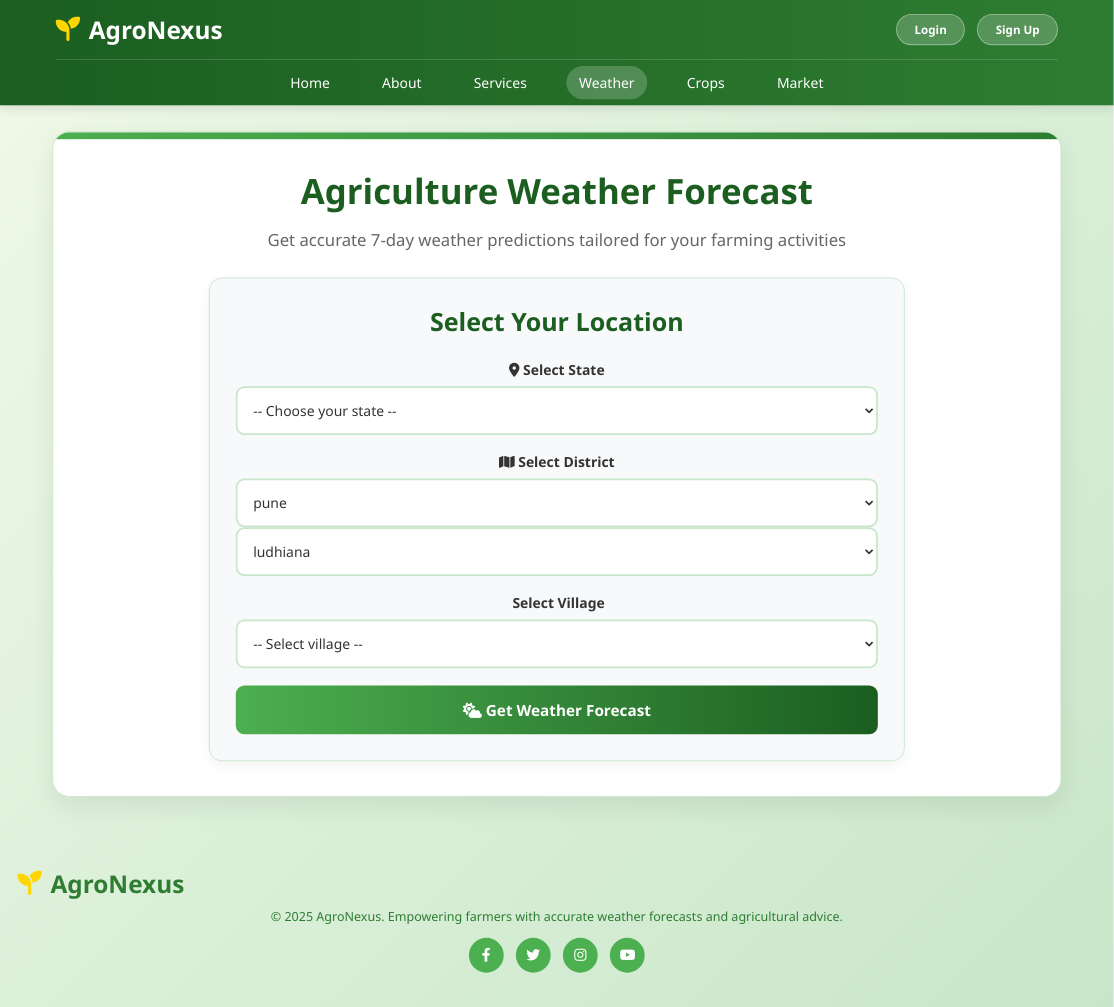
Repository: Sanika-ce/AgroNexus
Page: wheather.html
The author's editor kept a copy of each file at every save. The page is drawn from the files as they stood at one save, then again after the next save.
The browser window is 1280 px wide. The pictures show the whole page, at 87% of full size.

Above is the page before, as saved 2025-08-02 17:50:01.
Not found: weather.js

### wheather.html
<!DOCTYPE html>
<html lang="en">
<head>
    <meta charset="UTF-8">
    <meta name="viewport" content="width=device-width, initial-scale=1.0">
    <title>AgroNexus - Weather Forecast</title>
    <link rel="stylesheet" href="https://cdnjs.cloudflare.com/ajax/libs/font-awesome/6.4.0/css/all.min.css">
    <link href="https://fonts.googleapis.com/css2?family=Poppins:wght@300;400;500;600;700&family=Roboto+Slab:wght@400;600&display=swap" rel="stylesheet">
    <link rel="stylesheet" href="wheather.css">
</head>

</head>
<body>
    <!-- Header -->
    <header>
        <div class="top-bar">
            <div class="logo">
                <i class="fas fa-seedling"></i>
                AgroNexus
            </div>
            <div class="auth-buttons">
                <button>Login</button>
                <button>Sign Up</button>
            </div>
        </div>

        <nav>
            <ul>
                <li><a href="#">Home</a></li>
                <li><a href="#">About</a></li>
                <li><a href="#">Services</a></li>
                <li><a href="#" class="active">Weather</a></li>
                <li><a href="#">Crops</a></li>
                <li><a href="#">Market</a></li>
            </ul>
        </nav>
    </header>

    <!-- Main Content -->
    <div class="container">
        <section class="hero">
            <h1>Agriculture Weather Forecast</h1>
            <p>Get accurate 7-day weather predictions tailored for your farming activities</p>

            <div class="location-selector">
                <h2>Select Your Location</h2>

                <div class="select-group">
                    <label for="state"><i class="fas fa-map-marker-alt"></i> Select State</label>
                    <select id="state">
                        <option value="">-- Choose your state --</option>
                        <option value="maharashtra">Maharashtra</option>
                        <option value="punjab">Punjab</option>
                        <option value="gujarat">Gujarat</option>
                        <option value="tamilnadu">Tamil Nadu</option>
                        <option value="karnataka">Karnataka</option>
                        <option value="uttarpradesh">Uttar Pradesh</option>
                    </select>
                </div>

                <div class="select-group">
                    <label for="district"><i class="fas fa-map"></i> Select District</label>
                    <select id="Maharashtra">
                        <option value=" pune"> pune</option>
                        <option value=" mumbai"> mumbai</option>
                        <option value="  nashik"> nashik</option>
                        <option value=" nagpur"> nagpur</option>
                    </select>

                <select id="punjab">
                        <option value=" ludhiana"> ludhiana</option>
                        <option value=" amritsar"> amritsar</option>
                        <option value="  nashik"> nashik</option>
                        <option value=" nagpur"> nagpur</option>
                    </select>


                </div>

                <div class="select-group">
                    <label for="village"><i class="fas fa-village"></i> Select Village</label>
                    <select id="village">
                        <option value="">-- Select village --</option>
                    </select>
                </div>

                <button class="get-weather-btn" id="getWeatherBtn">
                    <i class="fas fa-cloud-sun"></i> Get Weather Forecast
                </button>
            </div>
        </section>

        <section class="forecast-section" id="forecastSection">
            <div class="location-info" id="locationInfo">
                <h3>7-Day Weather Forecast for</h3>
                <p id="selectedLocation">Nashik, Maharashtra</p>
            </div>

            <h2 class="section-title">Daily Forecast</h2>

            <div class="forecast-cards" id="forecastCards">
                <!-- Forecast cards will be generated by JavaScript -->
            </div>

            <div class="charts-container">
                <div class="chart-card">
                    <h3><i class="fas fa-temperature-high"></i> Temperature Forecast</h3>
                    <div class="chart-container">
                        <canvas id="temperatureChart"></canvas>
                    </div>
                </div>

                <div class="chart-card">
                    <h3><i class="fas fa-tint"></i> Precipitation Forecast</h3>
                    <div class="chart-container">
                        <canvas id="precipitationChart"></canvas>
                    </div>
                </div>
            </div>

            <div class="advisory-container">
                <h3><i class="fas fa-seedling"></i> Agricultural Advisory</h3>
                <p id="advisorySummary">Based on the upcoming weather conditions, here are recommendations for your farming activities</p>

                <div class="advisory-grid" id="advisoryGrid">
                    <!-- Advisory cards will be generated by JavaScript -->
                </div>
            </div>
        </section>
    </div>

    <!-- Footer -->
    <footer>
        <div class="logo">
            <i class="fas fa-seedling"></i>
            AgroNexus
        </div>
        <p>© 2025 AgroNexus. Empowering farmers with accurate weather forecasts and agricultural advice.</p>

        <div class="social-icons">
            <a href="#"><i class="fab fa-facebook-f"></i></a>
            <a href="#"><i class="fab fa-twitter"></i></a>
            <a href="#"><i class="fab fa-instagram"></i></a>
            <a href="#"><i class="fab fa-youtube"></i></a>
        </div>
    </footer>

    <script src="weather.js"></script>
</body>
</html>

### wheather.css
* {
            margin: 0;
            padding: 0;
            box-sizing: border-box;
            font-family: 'Segoe UI', Tahoma, Geneva, Verdana, sans-serif;
        }

        :root {
            --primary: #2e7d32;
            --primary-dark: #1b5e20;
            --primary-light: #4caf50;
            --secondary: #ffd600;
            --background: #f0f9e9;
            --card-bg: #ffffff;
            --text: #333333;
            --text-light: #666666;
            --border: #c8e6c9;
        }

        body {
            background: linear-gradient(135deg, var(--background) 0%, #c8e6c9 100%);
            color: var(--text);
            min-height: 100vh;
            padding-bottom: 20px;
        }

        /* Header Styles */
        header {
            background: linear-gradient(to right, var(--primary-dark), var(--primary));
            color: white;
            padding: 15px 5%;
            box-shadow: 0 4px 12px rgba(0, 0, 0, 0.1);
            position: sticky;
            top: 0;
            z-index: 100;
        }

        .top-bar {
            display: flex;
            justify-content: space-between;
            align-items: center;
            margin-bottom: 15px;
        }

        .logo {
            font-size: 28px;
            font-weight: bold;
            display: flex;
            align-items: center;
        }

        .logo i {
            margin-right: 10px;
            color: var(--secondary);
        }

        .auth-buttons button {
            background: rgba(255, 255, 255, 0.2);
            border: 1px solid rgba(255, 255, 255, 0.4);
            color: white;
            padding: 8px 20px;
            border-radius: 30px;
            margin-left: 10px;
            cursor: pointer;
            font-weight: 600;
            transition: all 0.3s ease;
        }

        .auth-buttons button:hover {
            background: rgba(255, 255, 255, 0.3);
            transform: translateY(-2px);
        }

        nav ul {
            display: flex;
            list-style: none;
            justify-content: center;
            border-top: 1px solid rgba(255, 255, 255, 0.2);
            padding-top: 15px;
        }

        nav li {
            margin: 0 15px;
        }

        nav a {
            color: white;
            text-decoration: none;
            font-weight: 500;
            padding: 8px 15px;
            border-radius: 20px;
            transition: all 0.3s ease;
        }

        nav a:hover, nav a.active {
            background: rgba(255, 255, 255, 0.2);
        }

        /* Main Content Styles */
        .container {
            max-width: 1200px;
            margin: 30px auto;
            padding: 0 20px;
        }

        .hero {
            text-align: center;
            padding: 40px 20px;
            background: var(--card-bg);
            border-radius: 20px;
            box-shadow: 0 10px 30px rgba(0, 0, 0, 0.08);
            margin-bottom: 40px;
            position: relative;
            overflow: hidden;
            border: 1px solid var(--border);
        }

        .hero::before {
            content: "";
            position: absolute;
            top: 0;
            left: 0;
            width: 100%;
            height: 8px;
            background: linear-gradient(to right, var(--primary-light), var(--primary));
        }

        .hero h1 {
            font-size: 2.5rem;
            color: var(--primary-dark);
            margin-bottom: 15px;
        }

        .hero p {
            font-size: 1.2rem;
            color: var(--text-light);
            max-width: 700px;
            margin: 0 auto 30px;
        }

        /* Location Selection */
        .location-selector {
            background: #f8f9fa;
            border-radius: 15px;
            padding: 30px;
            max-width: 800px;
            margin: 0 auto;
            box-shadow: 0 5px 15px rgba(0, 0, 0, 0.05);
            border: 1px solid var(--border);
        }

        .location-selector h2 {
            text-align: center;
            color: var(--primary-dark);
            margin-bottom: 25px;
            font-size: 1.8rem;
        }

        .select-group {
            margin-bottom: 20px;
        }

        .select-group label {
            display: block;
            margin-bottom: 8px;
            font-weight: 600;
            color: var(--text);
        }

        .select-group select {
            width: 100%;
            padding: 14px;
            border: 2px solid var(--border);
            border-radius: 10px;
            font-size: 1rem;
            background: var(--card-bg);
            transition: border-color 0.3s;
            color: var(--text);
        }

        .select-group select:focus {
            border-color: var(--primary);
            outline: none;
            box-shadow: 0 0 0 3px rgba(76, 175, 80, 0.2);
        }

        .get-weather-btn {
            display: block;
            width: 100%;
            padding: 16px;
            background: linear-gradient(to right, var(--primary-light), var(--primary-dark));
            color: white;
            border: none;
            border-radius: 10px;
            font-size: 1.1rem;
            font-weight: 600;
            cursor: pointer;
            transition: all 0.3s ease;
            margin-top: 20px;
        }

        .get-weather-btn:hover {
            transform: translateY(-3px);
            box-shadow: 0 7px 14px rgba(76, 175, 80, 0.4);
        }

        .get-weather-btn:active {
            transform: translateY(-1px);
        }

        /* Weather Forecast */
        .forecast-section {
            margin-top: 50px;
            display: none;
        }

        .location-info {
            text-align: center;
            margin-bottom: 30px;
            background: #e8f5e9;
            padding: 15px;
            border-radius: 10px;
            box-shadow: 0 4px 8px rgba(0,0,0,0.05);
        }

        .location-info h3 {
            font-size: 1.8rem;
            color: var(--primary-dark);
            margin-bottom: 10px;
        }

        .location-info p {
            font-size: 1.2rem;
            color: var(--primary);
        }

        .section-title {
            text-align: center;
            color: var(--primary-dark);
            font-size: 2rem;
            margin-bottom: 30px;
            position: relative;
        }

        .section-title::after {
            content: "";
            display: block;
            width: 80px;
            height: 4px;
            background: var(--primary-light);
            margin: 10px auto;
            border-radius: 2px;
        }

        .forecast-cards {
            display: grid;
            grid-template-columns: repeat(auto-fit, minmax(200px, 1fr));
            gap: 20px;
            margin-top: 20px;
        }

        .forecast-card {
            background: var(--card-bg);
            border-radius: 15px;
            overflow: hidden;
            box-shadow: 0 8px 20px rgba(0, 0, 0, 0.08);
            transition: transform 0.3s ease;
            border: 1px solid var(--border);
        }

        .forecast-card:hover {
            transform: translateY(-10px);
        }

        .card-header {
            background: linear-gradient(to right, var(--primary-light), var(--primary-dark));
            color: white;
            padding: 15px;
            text-align: center;
        }

        .card-header .date {
            font-size: 1.1rem;
            font-weight: 600;
            margin-bottom: 5px;
        }

        .card-header .day {
            font-size: 0.9rem;
            opacity: 0.9;
        }

        .card-body {
            padding: 20px;
            text-align: center;
        }

        .weather-icon {
            font-size: 3rem;
            margin: 10px 0;
            color: var(--primary);
        }

        .temperature {
            font-size: 1.8rem;
            font-weight: 700;
            margin: 10px 0;
            color: var(--text);
        }

        .weather-condition {
            font-size: 1rem;
            color: var(--text-light);
            margin-bottom: 15px;
            height: 40px;
            display: flex;
            align-items: center;
            justify-content: center;
        }

        .weather-details {
            display: flex;
            flex-wrap: wrap;
            justify-content: space-around;
            margin-top: 15px;
            padding-top: 15px;
            border-top: 1px solid #e9ecef;
        }

        .detail {
            text-align: center;
            margin: 5px;
            flex: 1;
            min-width: 70px;
        }

        .detail i {
            font-size: 1rem;
            color: var(--primary);
            margin-bottom: 5px;
        }

        .detail .label {
            font-size: 0.8rem;
            color: var(--text-light);
        }

        .detail .value {
            font-weight: 600;
            color: var(--text);
            font-size: 0.9rem;
        }

        /* Charts */
        .charts-container {
            display: grid;
            grid-template-columns: repeat(auto-fit, minmax(500px, 1fr));
            gap: 25px;
            margin-top: 40px;
        }

        .chart-card {
            background: var(--card-bg);
            border-radius: 15px;
            padding: 25px;
            box-shadow: 0 8px 20px rgba(0, 0, 0, 0.08);
            border: 1px solid var(--border);
        }

        .chart-card h3 {
            color: var(--primary-dark);
            margin-bottom: 20px;
            text-align: center;
            font-size: 1.4rem;
        }

        .chart-container {
            position: relative;
            height: 300px;
        }

        /* Advisory */
        .advisory-container {
            background: #e8f5e9;
            border-radius: 15px;
            padding: 25px;
            margin-top: 40px;
            box-shadow: 0 5px 15px rgba(0, 0, 0, 0.05);
            border: 1px solid var(--border);
        }

        .advisory-container h3 {
            color: var(--primary-dark);
            margin-bottom: 15px;
            text-align: center;
            font-size: 1.5rem;
            display: flex;
            align-items: center;
            justify-content: center;
            gap: 10px;
        }

        .advisory-container p {
            line-height: 1.6;
            color: var(--text);
            text-align: center;
            margin-bottom: 20px;
        }

        .advisory-grid {
            display: grid;
            grid-template-columns: repeat(auto-fit, minmax(250px, 1fr));
            gap: 20px;
            margin-top: 20px;
        }

        .advisory-card {
            background: white;
            border-radius: 10px;
            padding: 20px;
            box-shadow: 0 4px 8px rgba(0,0,0,0.05);
            border-left: 4px solid var(--primary);
        }

        .advisory-card h4 {
            color: var(--primary-dark);
            margin-bottom: 10px;
            display: flex;
            align-items: center;
            gap: 8px;
        }

        .advisory-card p {
            text-align: left;
            font-size: 0.95rem;
            color: var(--text-light);
        }

        /* Footer */
        footer {
            text-align: center;
            padding: 30px 20px 20px;
            color: var(--primary);
            margin-top: 50px;
        }

        footer p {
            margin-top: 10px;
            font-size: 0.9rem;
        }

        .social-icons {
            margin-top: 15px;
        }

        .social-icons a {
            display: inline-block;
            width: 40px;
            height: 40px;
            background: var(--primary-light);
            color: white;
            border-radius: 50%;
            line-height: 40px;
            margin: 0 5px;
            transition: all 0.3s ease;
        }

        .social-icons a:hover {
            background: var(--primary-dark);
            transform: translateY(-3px);
        }

        /* Responsive Design */
        @media (max-width: 768px) {
            .top-bar {
                flex-direction: column;
            }

            .logo {
                margin-bottom: 15px;
            }

            nav ul {
                flex-wrap: wrap;
            }

            nav li {
                margin: 5px;
            }

            .hero h1 {
                font-size: 2rem;
            }

            .hero p {
                font-size: 1rem;
            }

            .section-title {
                font-size: 1.8rem;
            }

            .forecast-cards {
                grid-template-columns: repeat(auto-fit, minmax(150px, 1fr));
            }

            .charts-container {
                grid-template-columns: 1fr;
            }

            .chart-card {
                padding: 15px;
            }

            .chart-container {
                height: 250px;
            }
        }

        @media (max-width: 480px) {
            .auth-buttons button {
                padding: 6px 15px;
                font-size: 0.9rem;
            }

            .hero {
                padding: 30px 15px;
            }

            .location-selector {
                padding: 20px;
            }

            .forecast-cards {
                grid-template-columns: 1fr;
            }
        }

After the next save:
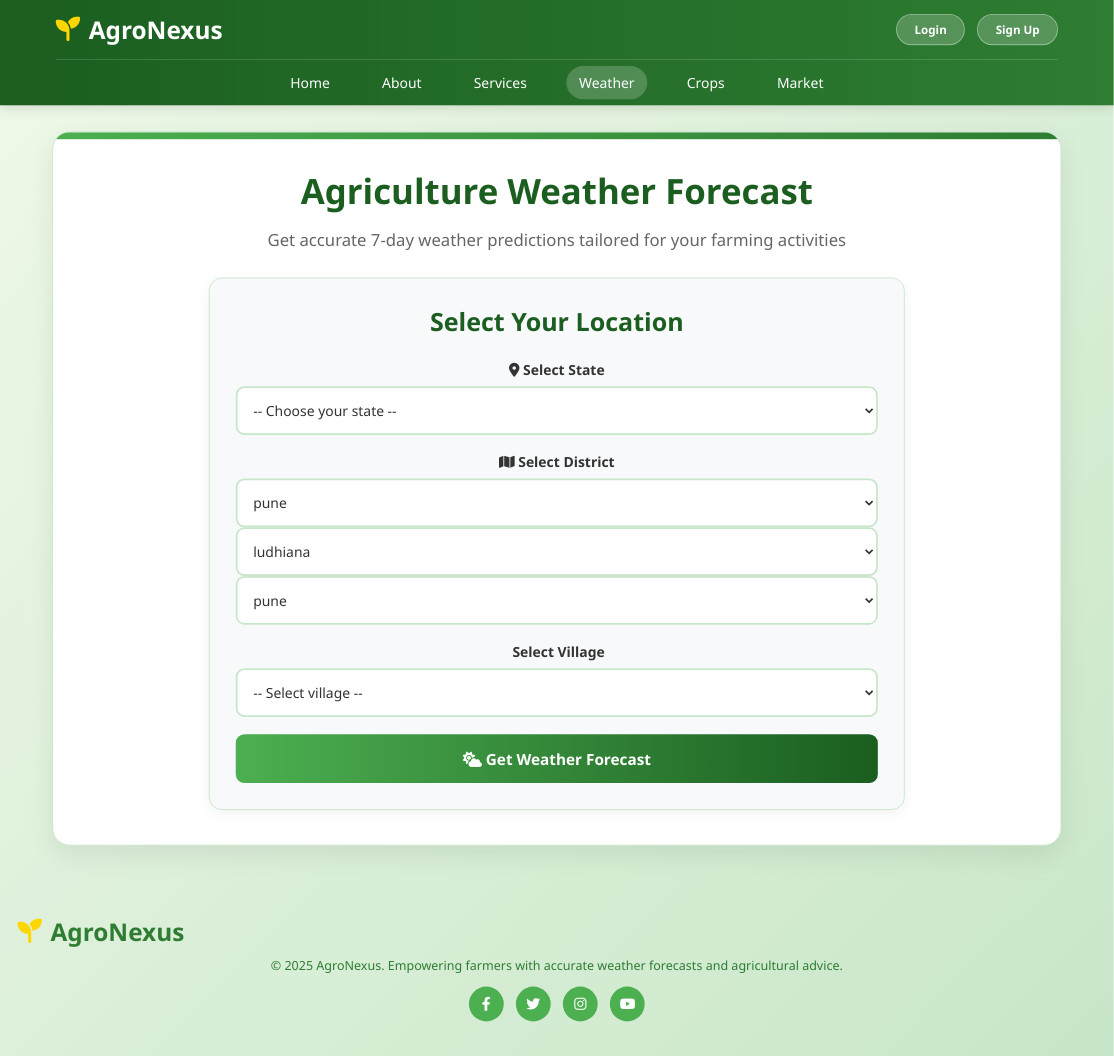
Saved 41 s later.
--- a/wheather.html
+++ b/wheather.html
@@ -70,6 +70,14 @@
                 <select id="punjab">
                         <option value=" ludhiana"> ludhiana</option>
                         <option value=" amritsar"> amritsar</option>
+                        <option value="  nashik"> nashik</option>
+                        <option value="  patiala">  patiala</option>
+                    </select>
+
+
+                   <select id="Maharashtra">
+                        <option value=" pune"> pune</option>
+                        <option value=" mumbai"> mumbai</option>
                         <option value="  nashik"> nashik</option>
                         <option value=" nagpur"> nagpur</option>
                     </select>
